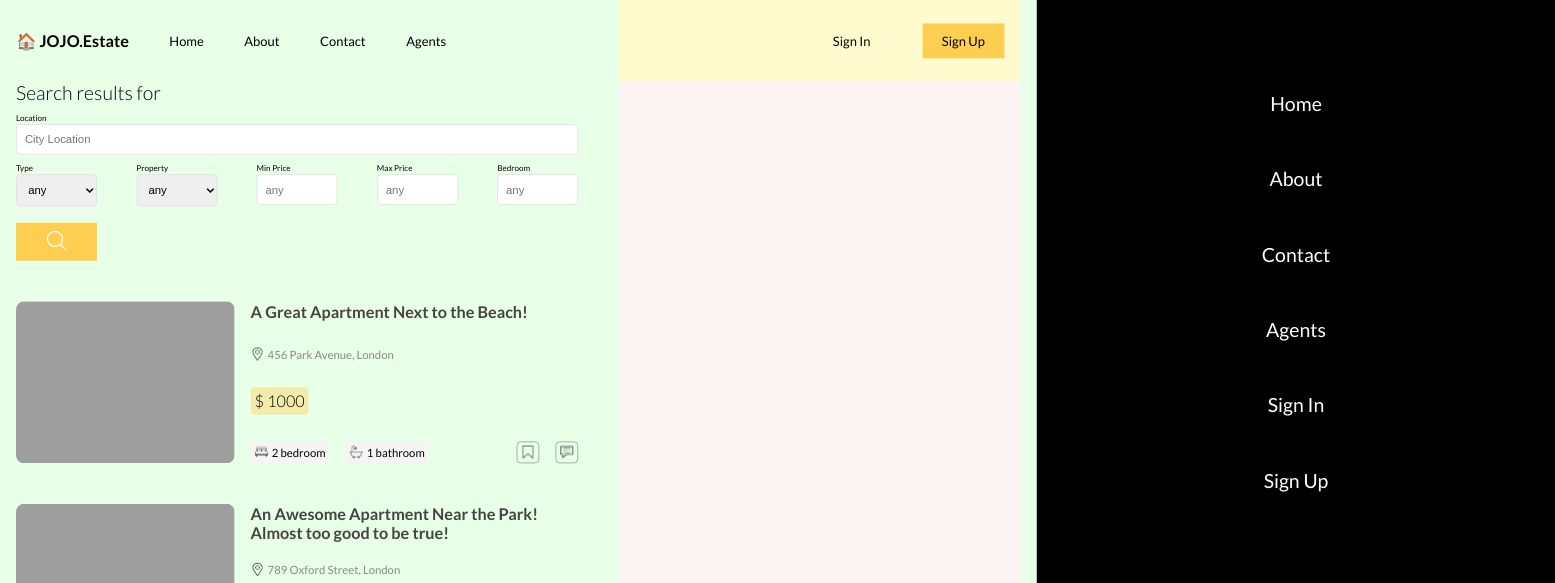
Repository: AiTrinh303/JOJO-estate
Page: /list
The author's editor kept a copy of each file at every save. The page is drawn from the files as they stood at one save, then again after the next save.
The browser window is 1280 px wide. The page is 1920 px wide, so the pictures cover 1920 px, including what lies to the right of the window. The pictures show the whole page, at 81% of full size.
Pictures or frames that could not be fetched are drawn as grey boxes. The page's requests for data from a server got no answer. An inner scrolling area shows only its first screen. The project was rebuilt for these pictures with package versions that can differ from the ones it lists, and the page was loaded fresh each time. No one was signed in, and anything a server would have sent is missing. Also part of the build but not shown: vite.config.js, src/components/searchBar/searchBar.scss, src/components/searchBar/SearchBar.jsx, src/routes/homePage/homePage.scss, src/routes/homePage/homePage.jsx, src/components/map/map.scss, src/components/pin/pin.scss, src/components/pin/Pin.jsx and 19 more. Imported but missing from the stored project, and not drawn on this page: src/components/uploadWidget/UploadWidget.

Above is the page before, as saved 2024-08-06 23:00:24.

After the next save:
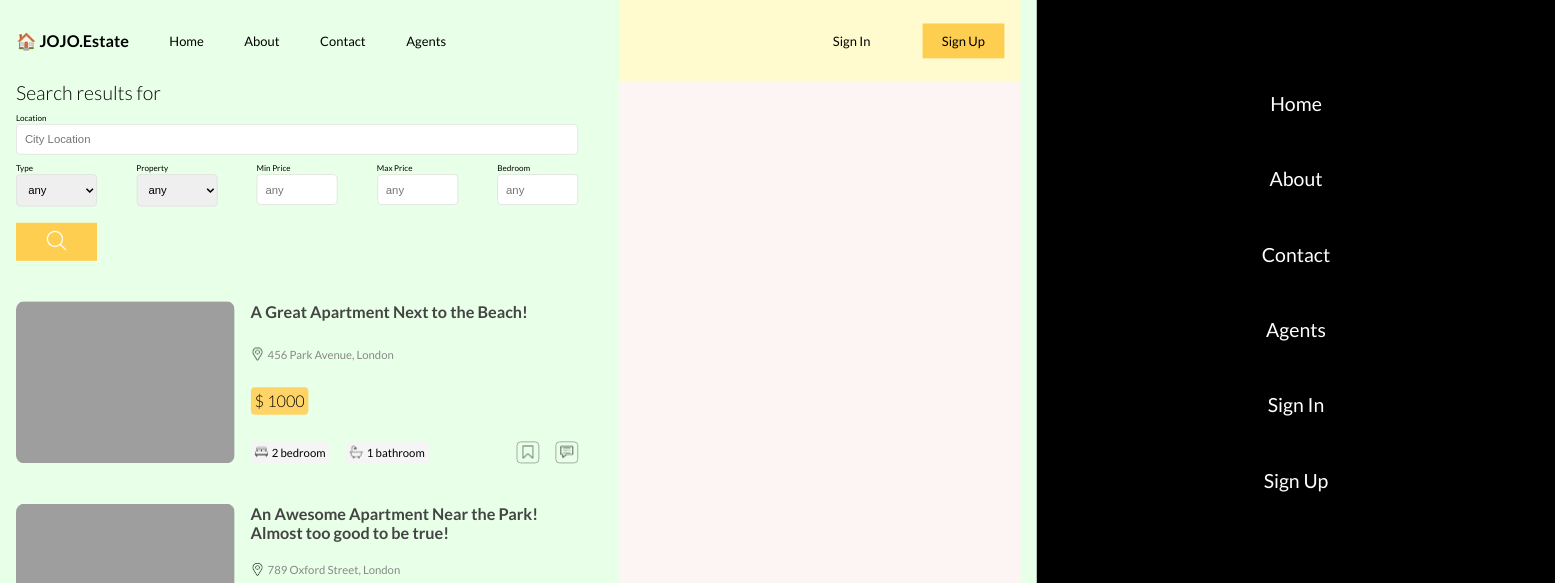
Saved 4 s later.
--- a/src/components/card/card.scss
+++ b/src/components/card/card.scss
@@ -56,7 +56,7 @@
       font-weight: 300;
       padding: 5px;
       border-radius: 5px;
-      background-color: rgba(255, 209, 92, 0.438);
+      background-color: rgba(255, 209, 92, 0.92);
       width: max-content;
     }
 
